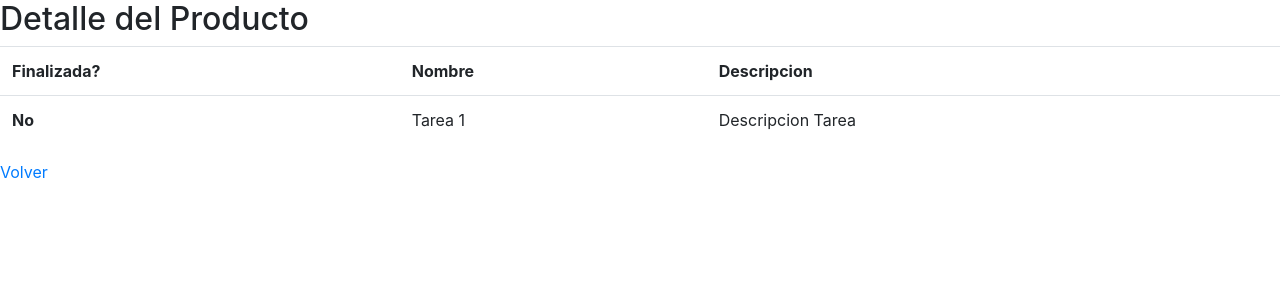
Repository: Alemartinez97/New-Repository
Page: programacion-3/tp4/tareas/ver/ver.html
These files come from the project's save history. The page is drawn as it stood at one moment and after the next save; the edit follows.
The browser window is 1280 px wide. The pictures show the whole page.

Above is the page before, as saved 2020-06-11 14:58:46.

### programacion-3/tp4/tareas/ver/ver.html
<!DOCTYPE html>
<html lang="en">
<head>
    <meta charset="UTF-8">
    <meta name="viewport" content="width=device-width, initial-scale=1.0">
    <title>Document</title>
    <link rel="stylesheet" href="https://stackpath.bootstrapcdn.com/bootstrap/4.5.0/css/bootstrap.min.css" integrity="sha384-9aIt2nRpC12Uk9gS9baDl411NQApFmC26EwAOH8WgZl5MYYxFfc+NcPb1dKGj7Sk" crossorigin="anonymous">
</head>
<body>
    <table class="table">
        <h2>Detalle del Producto</h2>
        <tbody>
          <tr>
            <th>Finalizada?</th>
            <th>Nombre</th>
            <th>Descripcion</th>
          </tr>
          <tr>
            <th>No</th>
            <td>Tarea 1</td>
            <td>Descripcion Tarea</td>
          </tr>
        </tbody>
      </table>
      <a href="../lista.html">Volver</a>
</body>
</html>

After the next save:
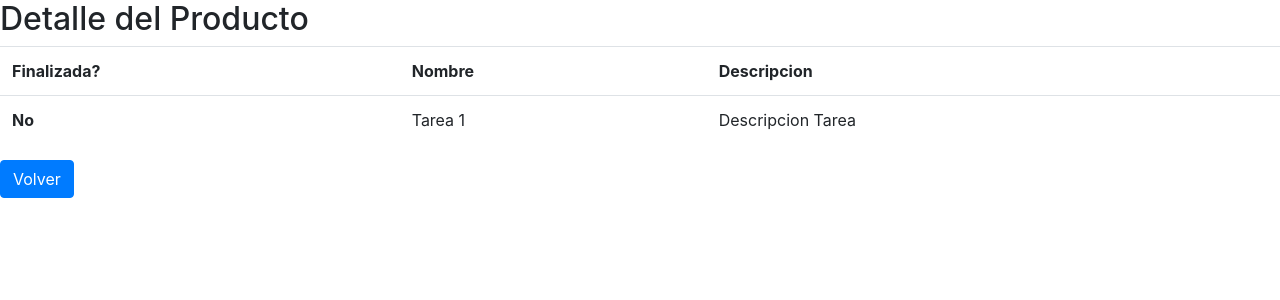
Saved 10 s later.
--- a/programacion-3/tp4/tareas/ver/ver.html
+++ b/programacion-3/tp4/tareas/ver/ver.html
@@ -22,6 +22,6 @@
           </tr>
         </tbody>
       </table>
-      <a href="../lista.html">Volver</a>
+      <a href="../lista.html" class="btn btn-primary">Volver</a>
 </body>
 </html>
